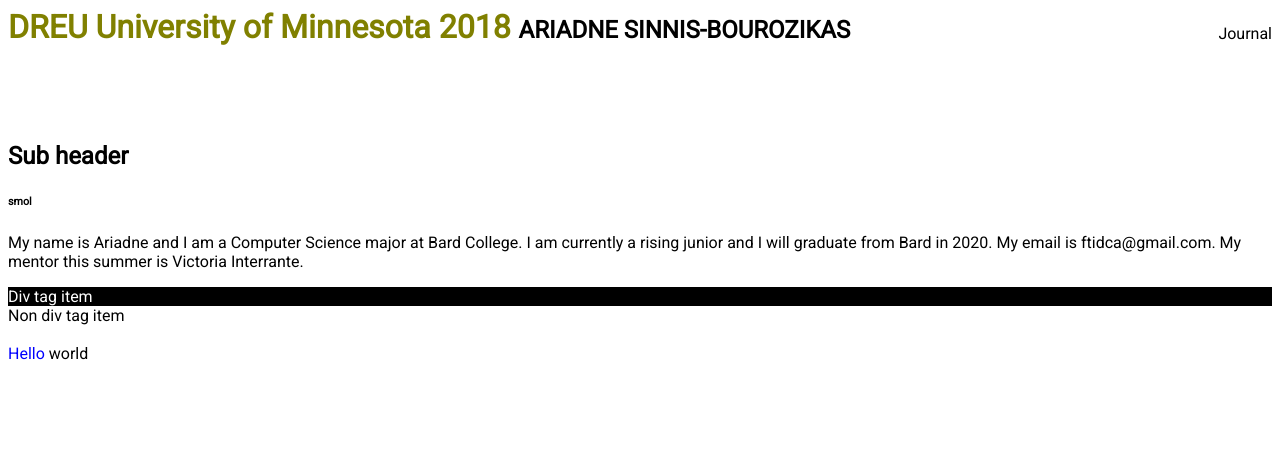
Repository: ariadnesb/dreu2018
Page: index.html
The author's editor kept a record of every edit. The page is drawn from the files as they stood at one moment, then again after the next edit.
The browser window is 1280 px wide. The pictures show the whole page.

Above is the page before.

After the next edit:
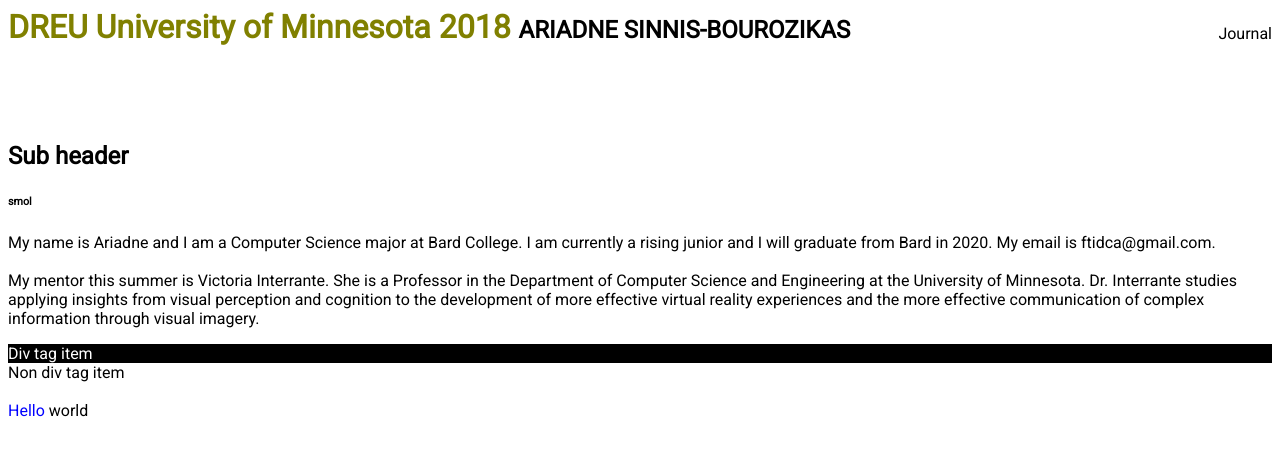
The edit:
--- a/index.html
+++ b/index.html
@@ -27,8 +27,8 @@
 
         <p>
         My name is Ariadne and I am a Computer Science major at Bard College. I am currently a rising junior and I will graduate from Bard in 2020. My email is ftidca@gmail.com.
-
-        My mentor this summer is Victoria Interrante.
+        <br><br>
+        My mentor this summer is Victoria Interrante. She is a Professor in the Department of Computer Science and Engineering at the University of Minnesota. Dr. Interrante studies applying insights from visual perception and cognition to the development of more effective virtual reality experiences and the more effective communication of complex information through visual imagery.
         </p>
 
         <!--- divs and spans can have 1 id but many classes -->
